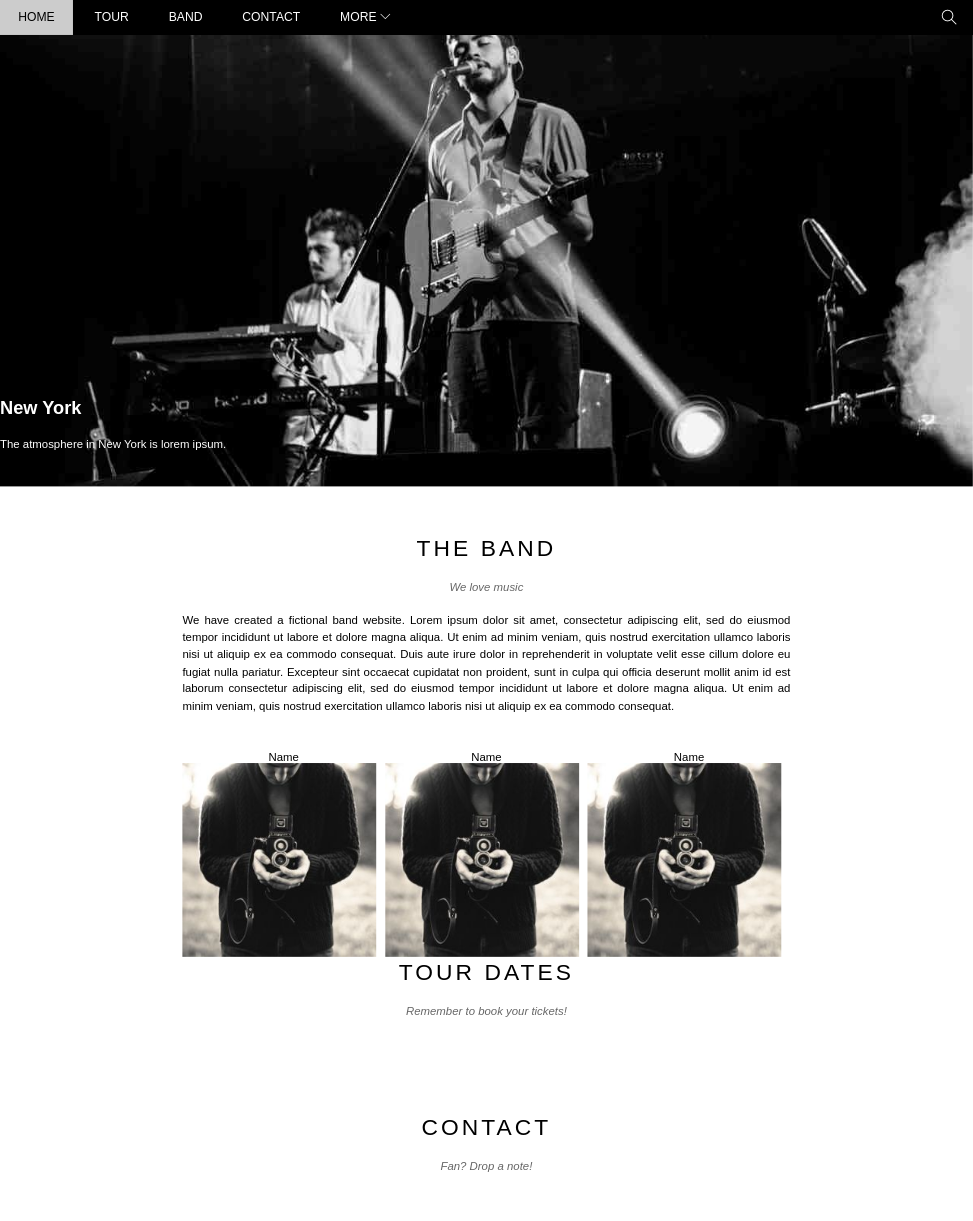
Repository: maivannhan1998/git-w3band
Page: index.html
These files come from the project's save history. The page is drawn as it stood at one moment and after the next save; the edit follows.
The browser window is 1280 px wide. The pictures show the whole page, at 76% of full size.

Above is the page before, as saved 2021-09-04 22:48:49.

After the next save:
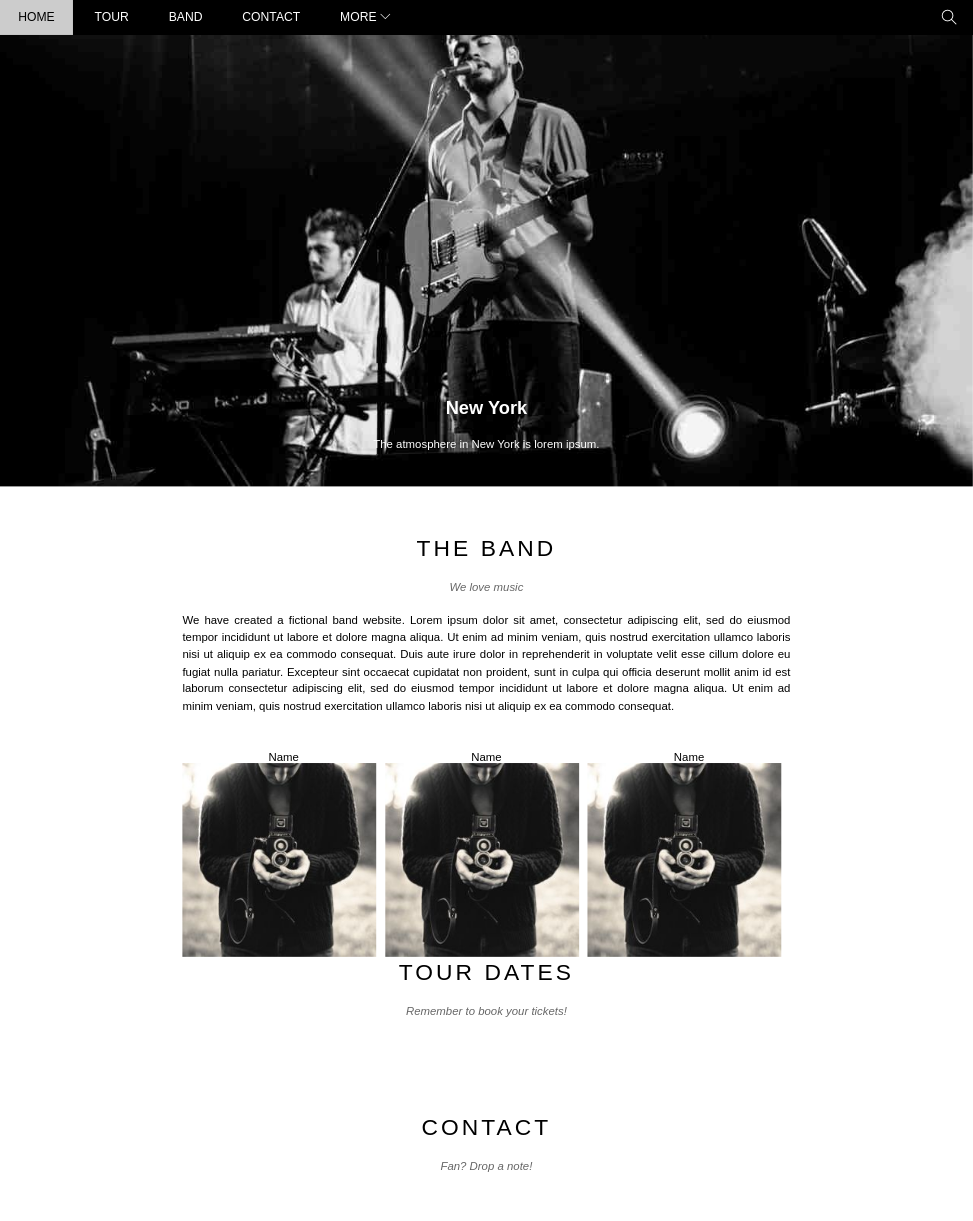
Saved 10 s later.
--- a/asset/css/style.css
+++ b/asset/css/style.css
@@ -113,10 +113,10 @@
     position: absolute;
     bottom: 47px;
     color: #fff;
-    /* width: 100%; */
+    width: 100%;
     /* left: 50%;
    transform: translateX(-50%); */
-   /* text-align: center; */
+   text-align: center;
 
 }
 
